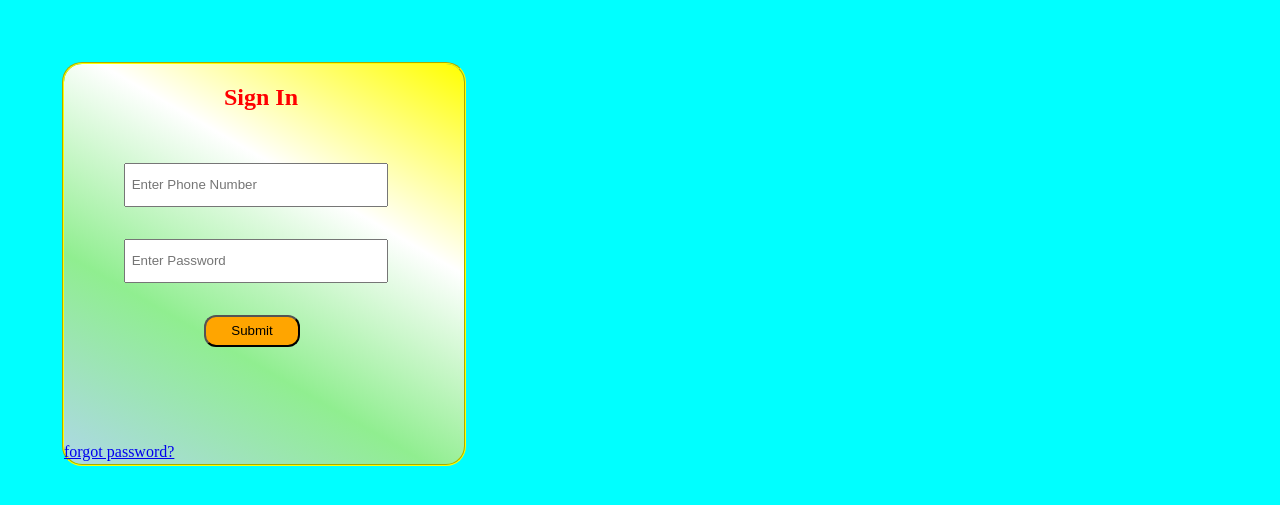
Repository: Amani-Kibet/express-app-web
Page: public/Card.html
The author's editor kept a copy of each file at every save. The page is drawn from the files as they stood at one save, then again after the next save.
The browser window is 1280 px wide. The pictures show the whole page.

Above is the page before, as saved 2025-09-25 21:31:01.

After the next save:
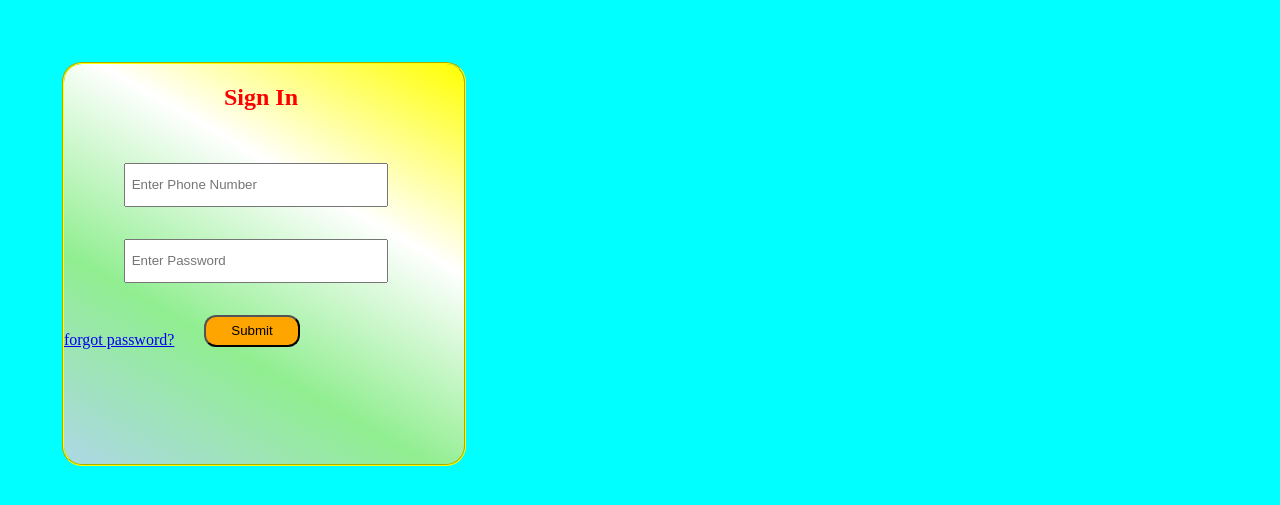
Saved 7 s later.
--- a/public/Card.html
+++ b/public/Card.html
@@ -35,7 +35,7 @@
   }
   #link1{
     position: relative;
-    top: 10rem
+    top: 3rem
   }
   </style>
 </head>
